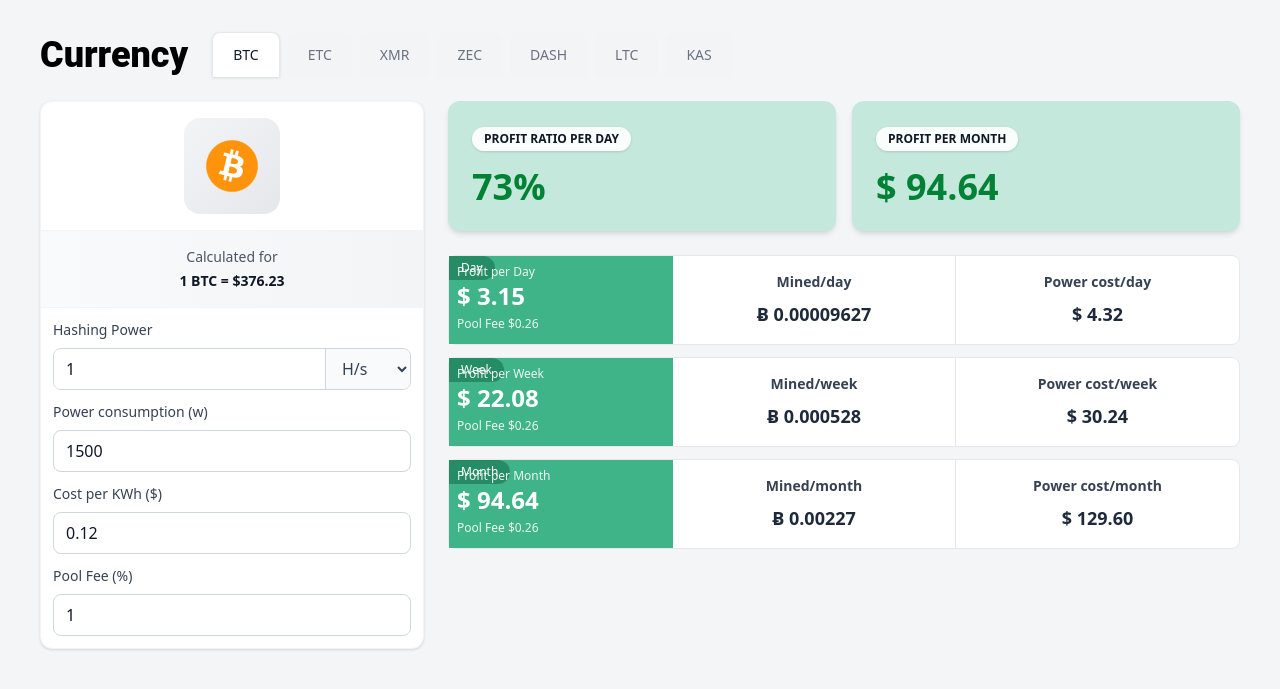
Repository: Bilal-Ahmad-CodeMaster/crypto-proj
Page: /
These files come from the project's save history. The page is drawn as it stood at one moment and after a run of saves; the edit follows.
The browser window is 1280 px wide. The pictures show the whole page.
The project was rebuilt for these pictures with package versions that can differ from the ones it lists, and the page was loaded fresh each time. The framework's server and built-in components were replaced by stand-ins that run in the browser. Also part of the build but not shown: next.config.ts.

Above is the page before, as saved 2025-11-25 22:48:12.

After the next 2 saves:
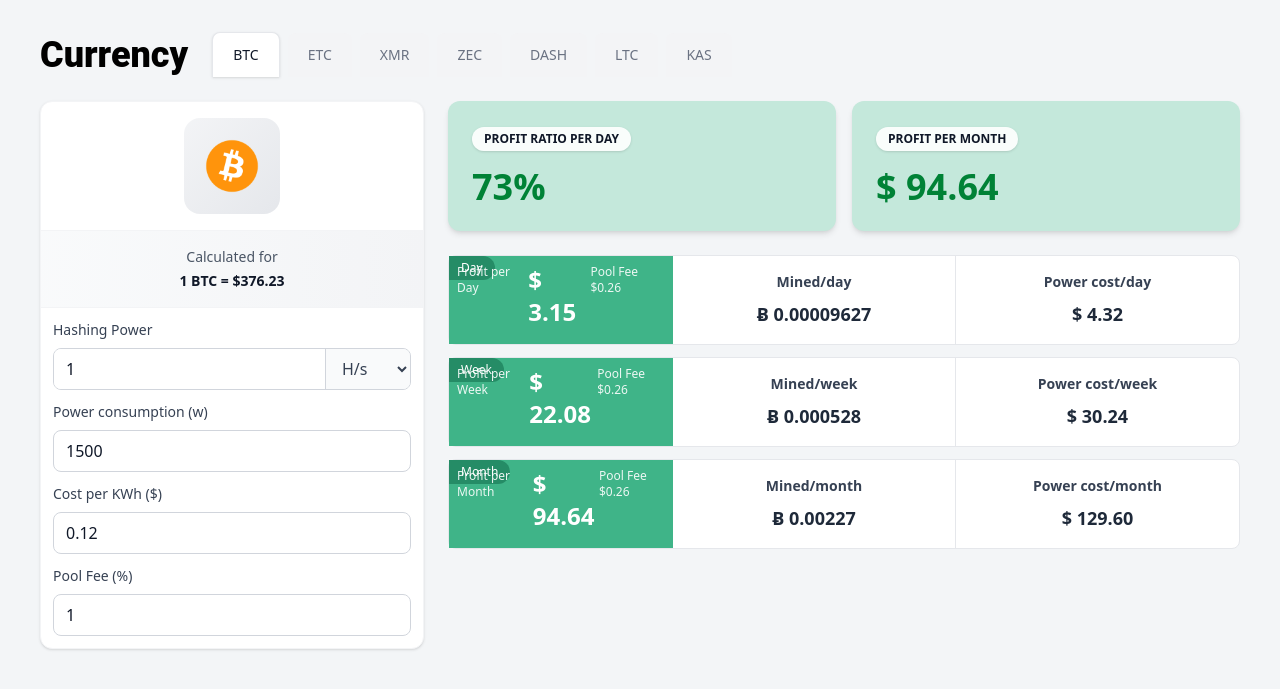
The 2 saves are shown as one change because they came seconds apart.
The last was saved 19 s later.
--- a/src/app/components/ResultCards.tsx
+++ b/src/app/components/ResultCards.tsx
@@ -17,7 +17,7 @@
                 {/* First part with background color */}
                 <div className={`w-56 p-2 text-white relative ${positive ? 'bg-[#3FB488]' : 'bg-[#F15C5C]'}`}>
                     <div className={`text-xs font-medium inline-block px-3 py-1 rounded-r-full mb-3 absolute top-0 left-0 ${positive ? 'bg-[#258C66]' : 'bg-[#C14848]'}`}>{title}</div>
-                    <div>
+                    <div className='flex w-full ju'>
                         <div className="text-xs opacity-90">Profit per {title}</div>
                         <div className="text-2xl font-bold mb-1">{money}</div>
                         <div className="text-xs opacity-90">Pool Fee $0.26</div>
